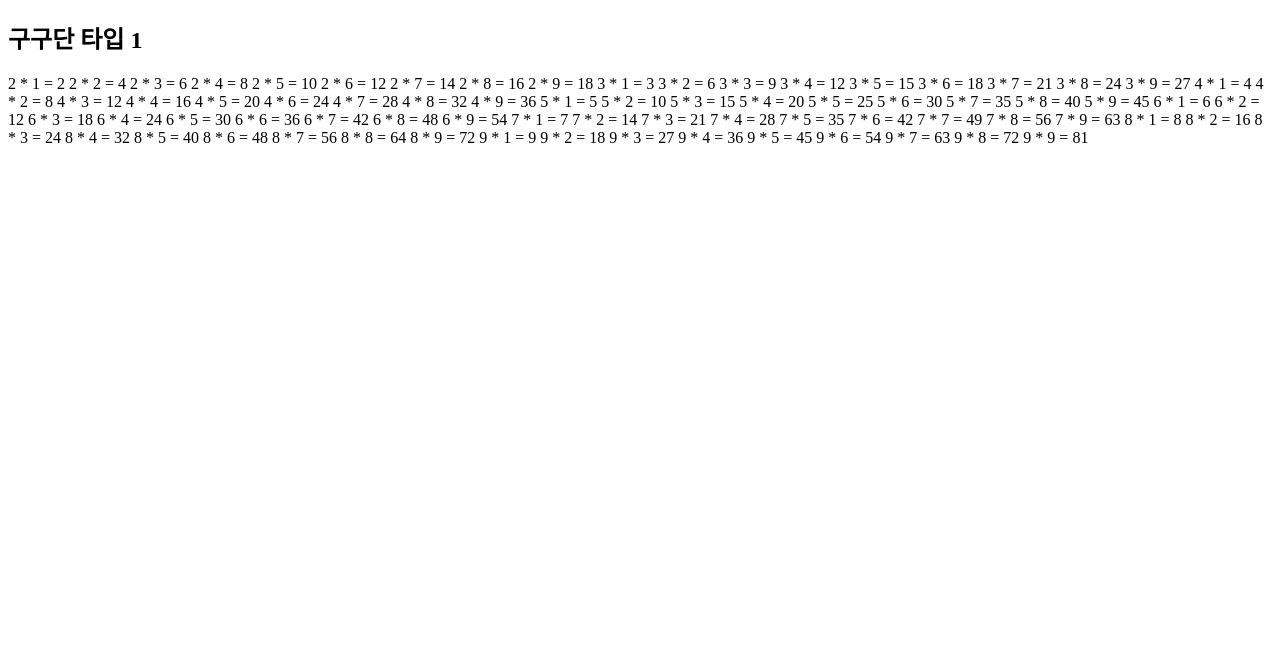
Repository: Byeonghee-son/DB-Servlet
Page: http://localhost/ServletStudy/gugudan2.jsp
An editor plug-in stored every save of this project. The page is shown before and after the next save, followed by the edit.
The browser window is 1280 px wide. The pictures show the whole page.
The page is served by Tomcat 9. Other server files are loaded and not shown.

Above is the page before, as saved 2023-05-17 01:38:38.

### ServletStudy/src/main/webapp/gugudan2.jsp
<%@ page language="java" contentType="text/html; charset=UTF-8"
	pageEncoding="UTF-8"%>
<%
    String type = request.getParameter("type");
    String scol = request.getParameter("col");

    if(type == null) type = "list";
    else{
    	if(!type.equals("table")) type = "list";
    }

    int col = 3;
    if(scol != null) col = Integer.parseInt(scol);
%>
<!DOCTYPE html>
<html>
<head>
<meta charset="UTF-8">
<title>Gugudan Type2 (JSP)</title>
</head>
<body>
	<h2>구구단 타입 1</h2>
		<% for(int i = 2; i < 10; i+=col){ %>
		<% for(int j = 0; j < col; j++){ %>
			<%if(9 < i + j) break; %>
			<%for(int k = 1; k < 10; k++) {%>
		<%= i+j %> * <%= k %> = <%= (i+j) * k %>
		<% } %>
		<%} %>
		<%} %>

</body>
</html>

After the next save:
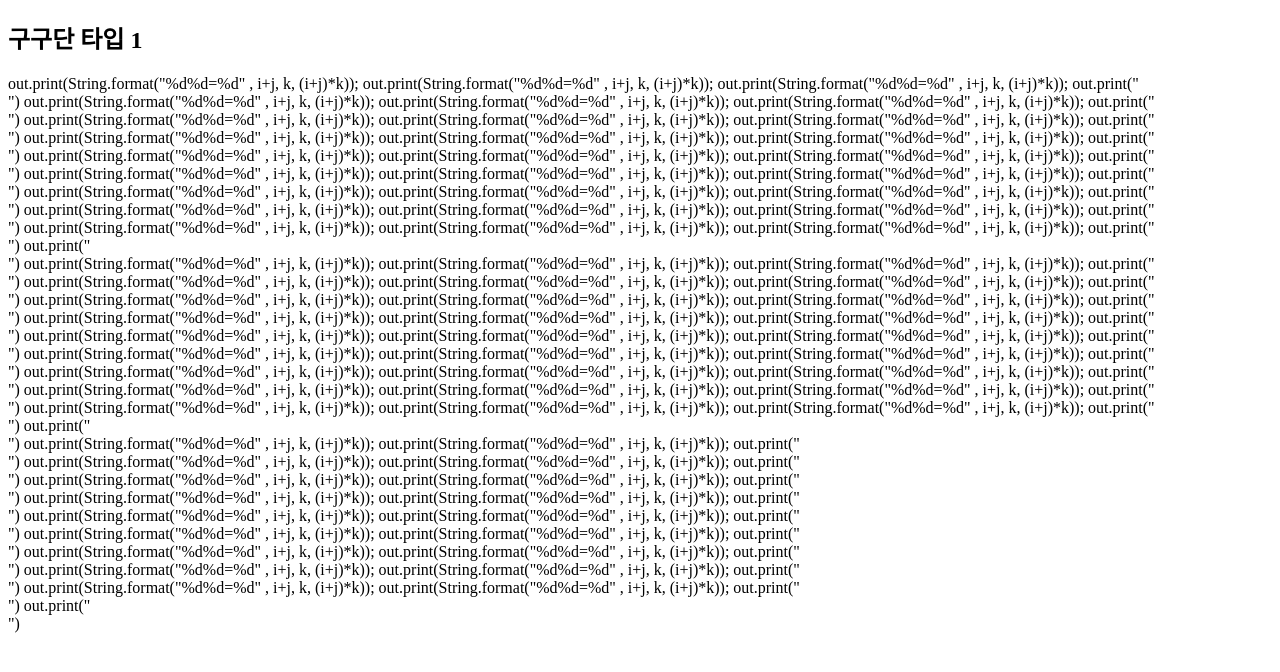
Saved 7 min 14 s later.
--- a/ServletStudy/src/main/webapp/gugudan2.jsp
+++ b/ServletStudy/src/main/webapp/gugudan2.jsp
@@ -20,14 +20,18 @@
 </head>
 <body>
 	<h2>구구단 타입 1</h2>
-		<% for(int i = 2; i < 10; i+=col){ %>
-		<% for(int j = 0; j < col; j++){ %>
-			<%if(9 < i + j) break; %>
-			<%for(int k = 1; k < 10; k++) {%>
-		<%= i+j %> * <%= k %> = <%= (i+j) * k %>
-		<% } %>
-		<%} %>
-		<%} %>
+	<% for(int i = 2; i < 10; i+=col){ %>
+	<%for(int k = 1; k < 10; k++) {%>
+	<% for(int j = 0; j < col; j++){ %>
+	<%if(9 < i + j) break; %>
+	out.print(String.format("%d%d=%d" , i+j, k, (i+j)*k));
+	<% } %>
+	out.print("
+	<br>")
+	<%} %>
+	out.print("
+	<br>")
+	<%} %>
 
 </body>
 </html>
